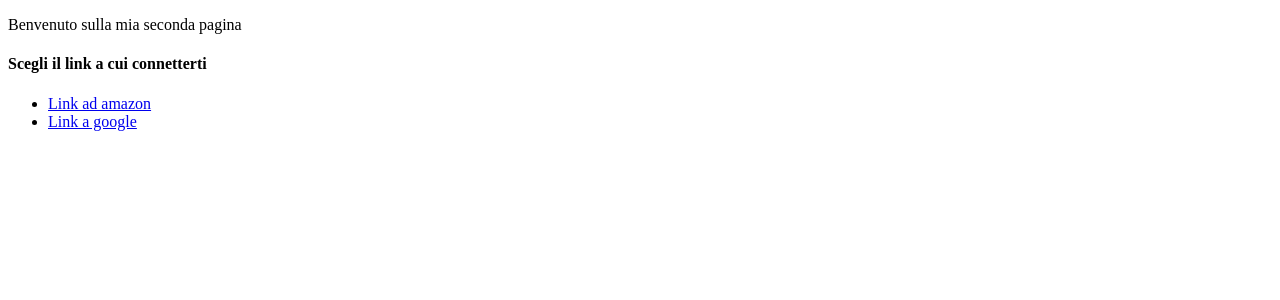
Repository: AndreaGuastaferro/Repository_Andrea_Guastaferro_Front
Page: cartella_html/NUOVO_HTML/Secondo_File.html
These files come from the project's save history. The page is drawn as it stood at one moment and after the next save; the edit follows.
The browser window is 1280 px wide. The pictures show the whole page.

Above is the page before, as saved 2018-10-22 08:39:24.

After the next save:
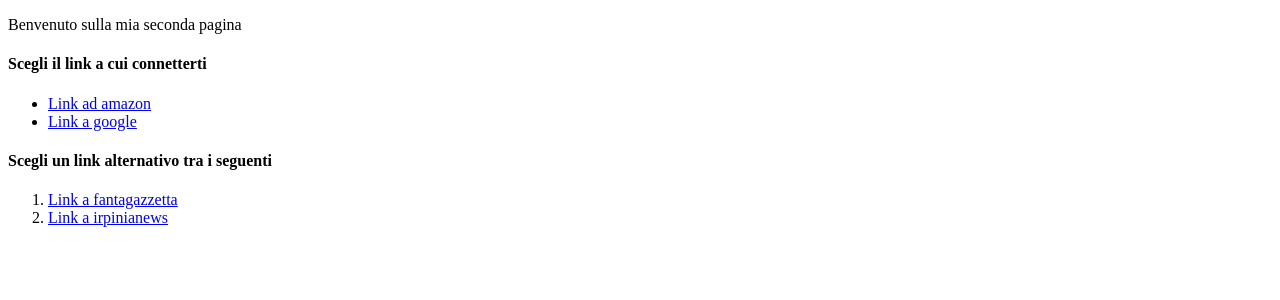
Saved 3 min 34 s later.
--- a/cartella_html/NUOVO_HTML/Secondo_File.html
+++ b/cartella_html/NUOVO_HTML/Secondo_File.html
@@ -14,5 +14,13 @@
 
 		</ul>
 
+	<h4>Scegli un link alternativo tra i seguenti</h4>
+
+		<ol>
+			<li> <a href="https://www.fantagazzetta.com"> Link a fantagazzetta </a></li>
+			<li> <a href="http://www.irpinianews.it"> Link a irpinianews </a></li>
+
+		</ol>
+
 </body>
 </html>
